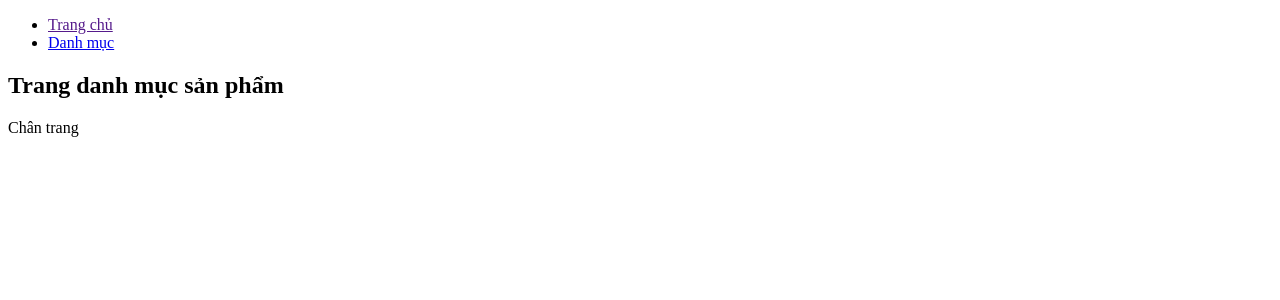
Repository: Leduc20/Website-Shopping-Clothes-Men-master
Page: http://localhost/webbanhang/site/index.php?danh-muc
These files come from the project's save history. The page is drawn as it stood at one moment and after a run of saves; the edit follows.
The browser window is 1280 px wide. The pictures show the whole page.
The page is run by PHP 8.4 with error messages shown; the project is at /var/www/html/.

Above is the page before, as saved 2022-11-14 17:49:40.

### site/index.php
<?php
    require_once '../global.php';
    require_once '../model/pdo.php';

    if(isset($_GET['chi-tiet'])){
        $VIEW_NAME = 'chi-tiet.php';
        var_dump($VIEW_NAME);
    }elseif(isset($_GET['danh-muc'])){
        $VIEW_NAME = 'danh-muc.php';
    }else{
        $VIEW_NAME = 'trang-chu.php';
    }

    include_once './layout.php';
?>

### global.php
<?php

function dd(){
    echo "<pre>";
    $args = func_get_args();
    var_dump($args);
    die;
}


const BASE_URL = "http://localhost/WEBBANHANG/";
const SITE_URL = BASE_URL . "site/index.php";
const ADMIN_BASE = BASE_URL . 'admin/';


?>

### model/pdo.php
<?php
const DBNAME = "mvc";
const DBUSER = "root";
const DBPASS = "";
const DBCHARSET = "utf8";
const DBHOST = "127.0.0.1";

// tạo kết nối từ project php sang mysql
function getConnect(){
    $connect = new PDO("mysql:host=" . DBHOST
                        . ";dbname=" . DBNAME
                        . ";charset=" . DBCHARSET,
                        DBUSER,
                        DBPASS
            );
    return $connect;
}



function pdo_query_all($query){
    // select * from users where email = ? or role_id = ?

    $args = func_get_args();
    $args = array_slice($args, 1);

    $conn = getConnect();

    $stmt = $conn->prepare($query);
    $stmt->execute($args);
    $data = $stmt->fetchAll();
    if(count($data) > 0){
        return $data;
    }

    return [];

}


function pdo_query_one($query){
    // select * from users where email = ? or role_id = ?

    $args = func_get_args();
    $args = array_slice($args, 1);

    $conn = getConnect();

    $stmt = $conn->prepare($query);
    $stmt->execute($args);
    $data = $stmt->fetch();
    if(count($data) > 0){
        return $data;
    }
    return null;

}


function pdo_execute_get_id($query){

    $args = func_get_args();
    $args = array_slice($args, 1);

    $conn = getConnect();

    $stmt = $conn->prepare($query);
    $stmt->execute($args);
    $lastId =  $conn->lastInsertId();
    return $lastId;
}


function pdo_execute($query){

    $args = func_get_args();
    $args = array_slice($args, 1);

    $conn = getConnect();

    $stmt = $conn->prepare($query);
    $stmt->execute($args);

}
?>

### site/layout.php
<!DOCTYPE html>
<html lang="en">
<head>
    <meta charset="UTF-8">
    <meta http-equiv="X-UA-Compatible" content="IE=edge">
    <meta name="viewport" content="width=device-width, initial-scale=1.0">
    <title>layout</title>
</head>
<body>
    <nav>
        <ul>
            <li>
                <a href="">Trang chủ</a>
            </li>
            <li>
                <a href="<?= SITE_URL . "?danh-muc"?>">Danh mục</a>
            </li>
        </ul>
    </nav>
    <main>
        <?php include_once $VIEW_NAME ?>
    </main>

    <footer>
        Chân trang
    </footer>
</body>
</html>

### site/danh-muc.php
<h2>Trang danh mục sản phẩm</h2>

After the next 2 saves:
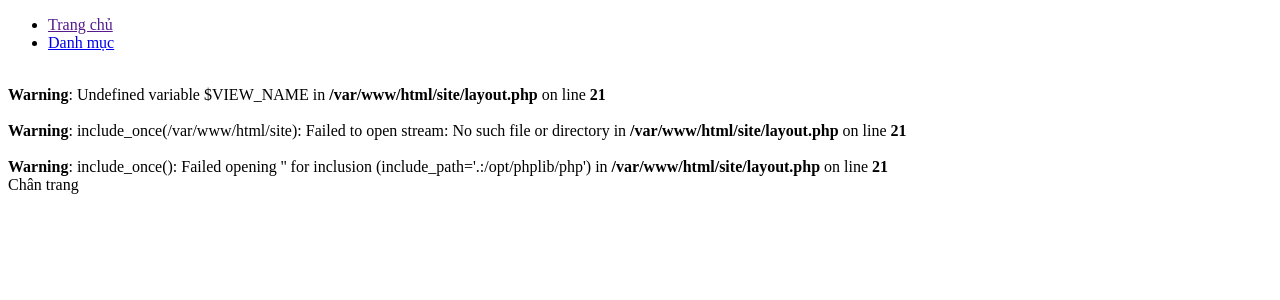
The 2 saves are shown as one change because they came seconds apart.
The last was saved 13 s later.
--- a/site/index.php
+++ b/site/index.php
@@ -5,11 +5,12 @@
     if(isset($_GET['chi-tiet'])){
         $VIEW_NAME = 'chi-tiet.php';
         var_dump($VIEW_NAME);
-    }elseif(isset($_GET['danh-muc'])){
-        $VIEW_NAME = 'danh-muc.php';
-    }else{
-        $VIEW_NAME = 'trang-chu.php';
     }
+    // elseif(isset($_GET['danh-muc'])){
+    //     $VIEW_NAME = 'danh-muc.php';
+    // }else{
+    //     $VIEW_NAME = 'trang-chu.php';
+    // }
 
     include_once './layout.php';
 ?>
